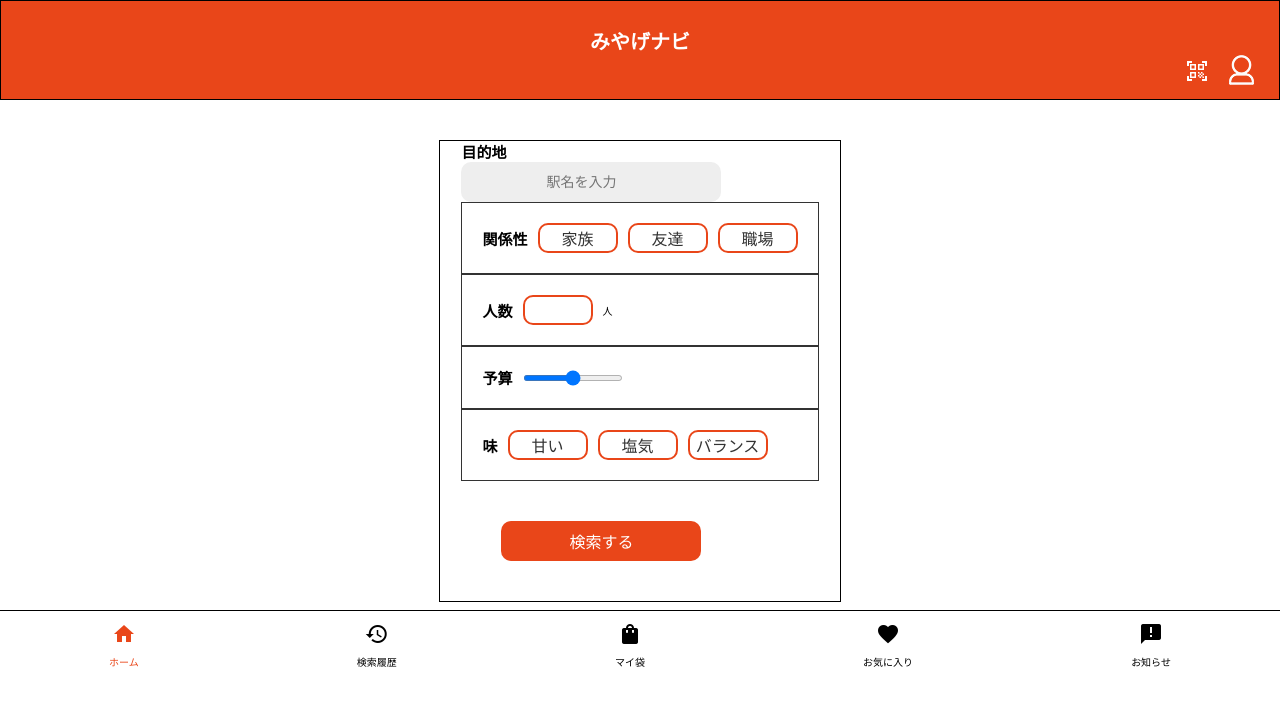
Repository: ama-ne2/miyage_nav
Page: index.html
The author's editor kept a copy of each file at every save. The page is drawn from the files as they stood at one save, then again after the next save.
The browser window is 1280 px wide. The pictures show the whole page.

Above is the page before, as saved 2026-02-06 10:20:50.

After the next save:
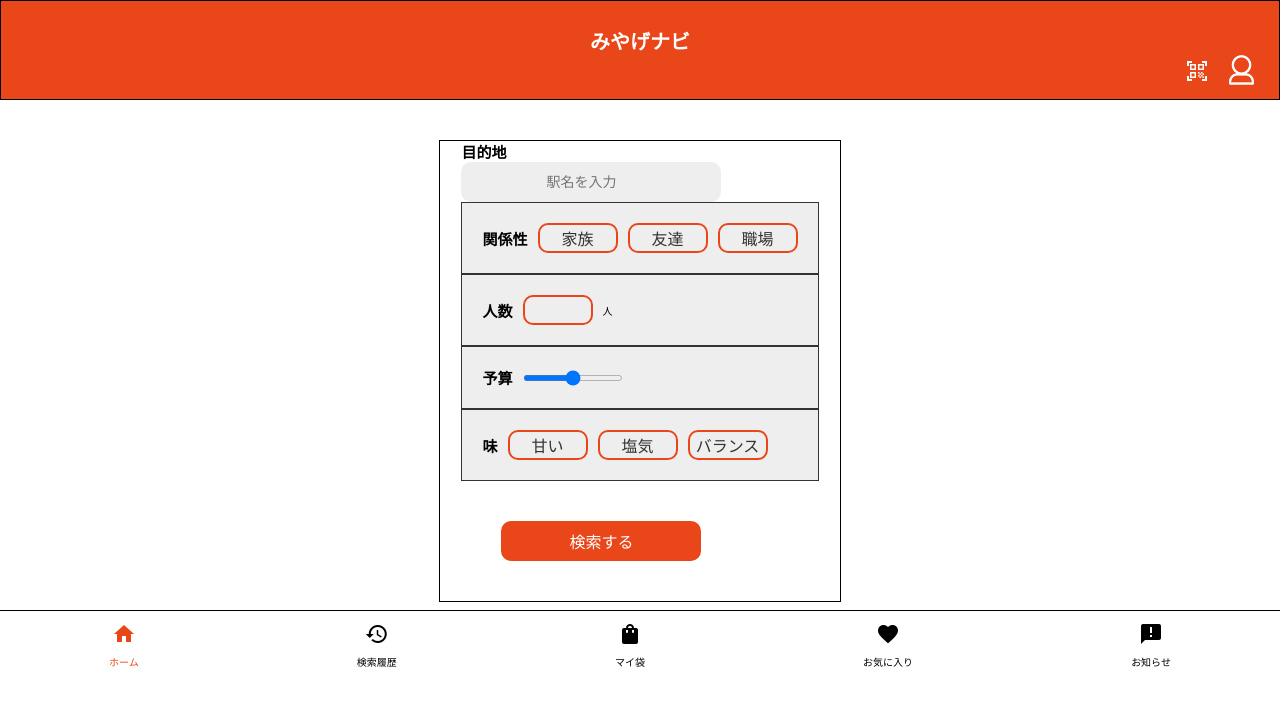
Saved 89 s later.
--- a/css/index.css
+++ b/css/index.css
@@ -82,7 +82,7 @@ input[type="range"]::-webkit-slider-thumb{
     border: #333 solid 1px;
     padding: 20px;
     gap: 10px;
-
+    background-color: #EEE;
 
 }
 
